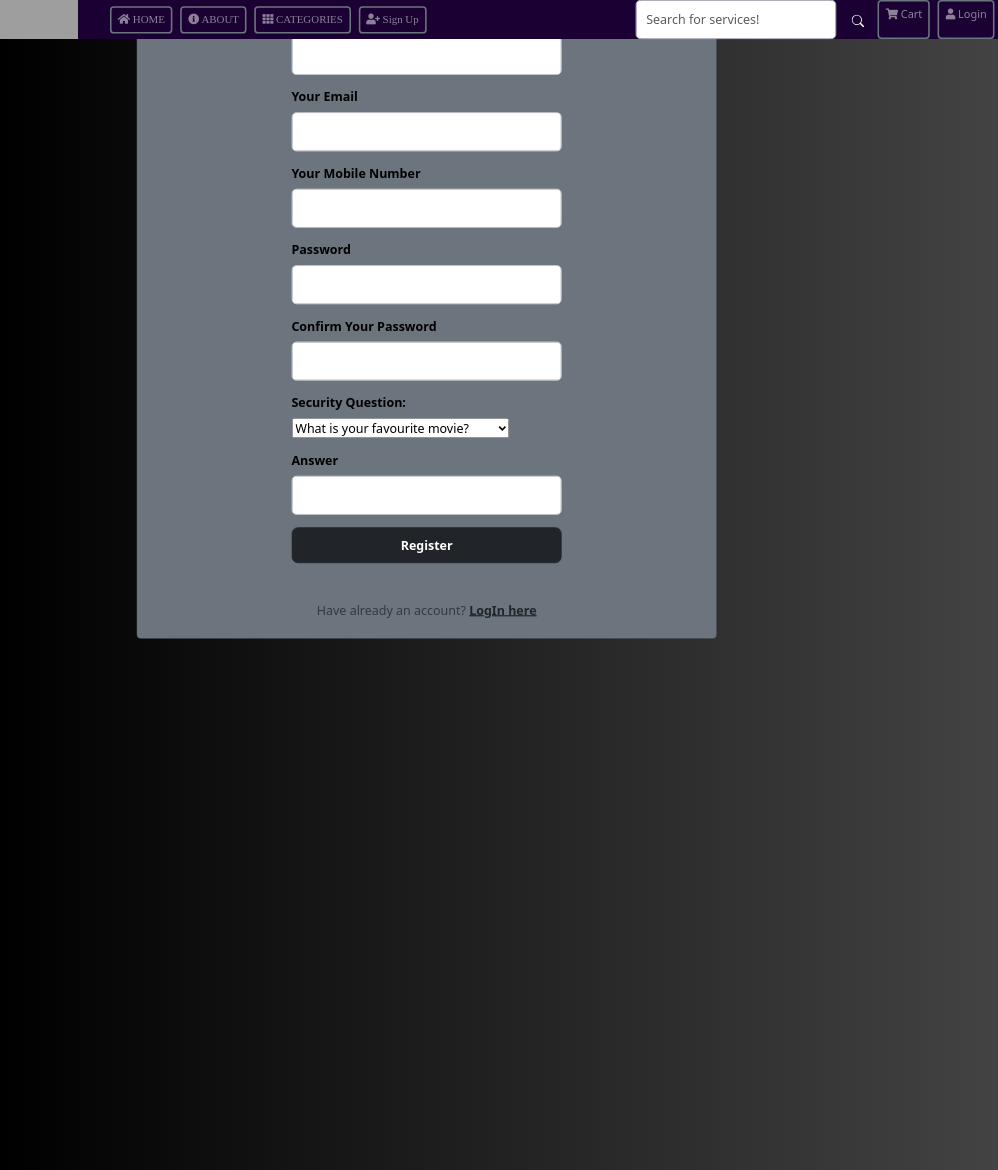
Repository: Ishanibmk/MOVIOT---An-OTT-Platform-using-Java-and-Springboot
Page: http://localhost/OTT/WEB-INF/view/signup.jsp
An editor plug-in stored every save of this project. The page is shown before and after the next save, followed by the edit.
The browser window is 1280 px wide. The pictures show the whole page, at 78% of full size.
Pictures or frames that could not be fetched are drawn as grey boxes. Some web libraries are served in a nearby version. The page is served by Tomcat 9. Nobody is signed in. Other server files are loaded and not shown. The template is opened directly, without the code that normally fills it, so the values that code supplies are empty.

Above is the page before, as saved 2024-03-02 14:16:21.

### Moviot/MOVIOT-main/ott/OTT/src/main/webapp/WEB-INF/view/signup.jsp
<%@ page language="java" contentType="text/html; charset=ISO-8859-1"
    pageEncoding="ISO-8859-1"%>
<jsp:include page="index_header.jsp" />
<!doctype html>
<html lang="en">
<head>
    <meta charset="utf-8">
    <meta name="viewport" content="width=device-width, initial-scale=1">
    <title>Registration Form For User</title>
    <link href="https://cdn.jsdelivr.net/npm/bootstrap@5.3.0-alpha1/dist/css/bootstrap.min.css" rel="stylesheet"
          integrity="sha384-GLhlTQ8iRABdZLl6O3oVMWSktQOp6b7In1Zl3/Jr59b6EGGoI1aFkw7cmDA6j6gD" crossorigin="anonymous">
    <style>
        body {
            background: linear-gradient(to right, #000000, #434343); /* Gradient background */
            color: #ffffff; /* White text color */
            min-height: 100vh; /* Ensure the background covers the full viewport height */
            margin: 0; /* Remove default margin */
            padding: 0; /* Remove default padding */
        }
        .form-container {
            display: flex;
            justify-content: center;
            align-items: center;
            height: 100vh; /* Full viewport height */
        }
        .card {
            max-width: calc(16vh * 9); /* Set maximum width for the card based on 9:16 ratio */
            width: 80%; /* Adjust the width of the card */
        }
        .form-label {
            font-size: 16px; /* Adjust font size of form labels */
        }
        .form-control {
            font-size: 16px; /* Adjust font size of form input fields */
            padding: 12px; /* Adjust padding of form input fields */
        }
        .btn-lg {
            font-size: 16px; /* Adjust font size of buttons */
            padding: 10px 20px; /* Adjust padding of buttons */
        }
    </style>
</head>
<body>
<section class="form-container">
    <div class="col-lg-12 col-xl-9" >
        <div class="card text-black bg-secondary">
            <div class="card-body p-md-4">
                <div class="row justify-content-center">
                    <div class="col-md-10 col-lg-8 col-xl-7 order-2 order-lg-1">
                        <p class="text-center h1 fw-bold mb-4 mx-1 mx-md-4 mt-3"><b>Sign up</b></p>
                        <form action="regprocess" method="post" class="mx-1 mx-md-4">



                            <div class="mb-3">
                                <label for="validationDefault01" class="form-label"><b>Your Name</b></label>
                                <input type="text" id="validationDefault01" name="uname" class="form-control" required/>
                            </div>
                            <div class="mb-3">
                                <label class="form-label" for="form3Example3c"><b>Your Email</b></label>
                                <input type="email" id="form3Example3c" name="uemail" class="form-control"/>
                            </div>
                            <div class="mb-3">
                                <label class="form-label" for="form3Example3c"><b>Your Mobile Number</b></label>
                                <input type="mobile" id="form3Example3c" name="uphno" class="form-control"/>
                            </div>
                            <div class="mb-3">
                                <label class="form-label" for="form3Example4c"><b>Password</b></label>
                                <input type="password" id="form3Example4c" name="upass" class="form-control"/>
                            </div>
                            <div class="mb-3">
                                <label class="form-label" for="form3Example4cd"><b>Confirm Your Password</b></label>
                                <input type="password" id="form3Example4cd" name="conpass" class="form-control"/>
                            </div>
                            <div class="mb-3">
                                <label class="form-label" for="form3Example4cd"><b>Security Question:</b></label>
                                <select name="SecurityQuestion" class="backup" required>
                                    <option value="What was the name of your childhood friend?">What is your favourite movie?</option>
                                    <option value="What was the name of your first car?">Which movie makes you cry?</option>
                                    <option value="What is your favourate food?">What movie makes you feel good?</option>
                                </select>
                            </div>
                            <div class="mb-3">
                                <label class="form-label" for="form3Example4cd"><b>Answer</b></label>
                                <input type="text" id="form3Example4cd" name="uans" class="form-control"/>
                            </div>
                            <div class="d-grid gap-2">
                                <button type="submit" class="btn btn-dark btn-lg"><b>Register</b></button>
                            </div>
                            <p class="text-center text-muted mt-5 mb-0">Have already an account? <a href='login.jsp'
                                                                                                    class="fw-bold text-body"><u>LogIn
                                    here</u></a></p>
                        </form>
                    </div>
                </div>
            </div>
        </div>
    </div>
</section>


<script src="https://cdn.jsdelivr.net/npm/bootstrap@5.3.0-alpha1/dist/js/bootstrap.bundle.min.js"
        integrity="sha384-w76AqPfDkMBDXo30jS1Sgez6pr3x5MlQ1ZAGC+nuZB+EYdgRZgiwxhTBTkF7CXvN"
        crossorigin="anonymous"></script>
</body>
</html>

### Moviot/MOVIOT-main/ott/OTT/src/main/webapp/WEB-INF/view/index_header.jsp
<!DOCTYPE html>
<html lang="en">
<head>
  <title>OTT PLATFORM</title>
  <meta charset="utf-8">
  <meta name="viewport" content="width=device-width, initial-scale=1">
  <link rel="stylesheet" href="https://maxcdn.bootstrapcdn.com/bootstrap/4.0.0-beta.2/css/bootstrap.min.css">
  <script src="https://ajax.googleapis.com/ajax/libs/jquery/3.2.1/jquery.min.js"></script>
  <script src="https://cdnjs.cloudflare.com/ajax/libs/popper.js/1.12.6/umd/popper.min.js"></script>
  <script src="https://maxcdn.bootstrapcdn.com/bootstrap/4.0.0-beta.2/js/bootstrap.min.js"></script>
  <!-- Add Font Awesome CDN -->
  <link rel="stylesheet" href="https://cdnjs.cloudflare.com/ajax/libs/font-awesome/5.15.4/css/all.min.css">
  <style>
    /* Custom CSS for navbar styling */
    .navbar {
      background-color: hsl(270, 100%, 10%); /* Dark background color */
      height: 50px; /* Adjust the height as needed */
    }
    .navbar-brand img {
      margin-right: 20px; /* Adjust as needed */
    }
    .navbar-nav .nav-item {
      border: 2px solid #6c757d; /* Gray border */
      border-radius: 5px;
      margin: 0 5px;
    }
    .navbar-nav .nav-link {
      padding: 5px 10px; /* Adjust padding */
      font-size: 14px; /* Adjust font size */
      color: #fff; /* White text color */
    }
    .navbar-nav .nav-item:hover .nav-link {
      background-color: black; /* Gray background color */
    }
    .navbar-nav .form-control {
      margin-right: 10px; /* Adjust as needed */
    }
    .navbar-nav .btn-outline-light {
      color: #fff; /* White text color */
    }
  </style>
</head>
<body style="height:1500px">
<nav class="navbar navbar-expand-sm navbar-dark fixed-top">
  <a class="navbar-brand" href="#"><img src="https://static.vecteezy.com/system/resources/previews/002/700/780/original/neon-cinema-film-in-purple-and-violet-color-illustration-of-cinema-film-with-play-icon-consisting-of-neon-outlines-with-backlight-on-the-dark-brick-wall-background-vector.jpg" width="100" height="50"> </a>
  <ul class="navbar-nav mr-auto">
    <li class="nav-item">
      <a class="nav-link" href="index" style="font-family: Nunito;"><i class="fas fa-home"></i> HOME</a>
    </li>
    <li class="nav-item">
      <a class="nav-link" href="about" style="font-family: Nunito;"><i class="fas fa-info-circle"></i> ABOUT</a>
    </li>
    <li class="nav-item">
      <a class="nav-link" href="catagory" style="font-family: Nunito;"><i class="fas fa-th"></i> CATEGORIES</a>
    </li>
    <li class="nav-item">
      <a class="nav-link" href="signup" style="font-family: Nunito;"><i class="fas fa-user-plus"></i> Sign Up</a>
    </li>
  </ul>
  <ul class="navbar-nav ml-auto">
    <form class="form-inline my-2 my-lg-0">
      <input class="form-control mr-sm-2" type="search" placeholder="Search for services!" aria-label="Search">
      <button class="btn btn-outline-light my-2 my-sm-0" type="submit" style="border: none;">
        <svg xmlns="http://www.w3.org/2000/svg" width="16" height="16" fill="currentColor" class="bi bi-search" viewBox="0 0 16 16">
          <path d="M11.742 10.344a6.5 6.5 0 1 0-1.397 1.398h-.001c.03.04.062.078.098.115l3.85 3.85a1 1 0 0 0 1.415-1.414l-3.85-3.85a1.007 1.007 0 0 0-.115-.1zM12 6.5a5.5 5.5 0 1 1-11 0 5.5 5.5 0 0 1 11 0z"/>
        </svg>
      </button>
    </form>
    <li class="nav-item">
      <a class="nav-link" href="#"><i class="fas fa-shopping-cart"></i> Cart</a>
    </li>
    <li class="nav-item">
      <a class="nav-link" href="#"><i class="fas fa-user"></i> Login</a>
    </li>
  </ul>
</nav>
</body>
</html>

After the next save:
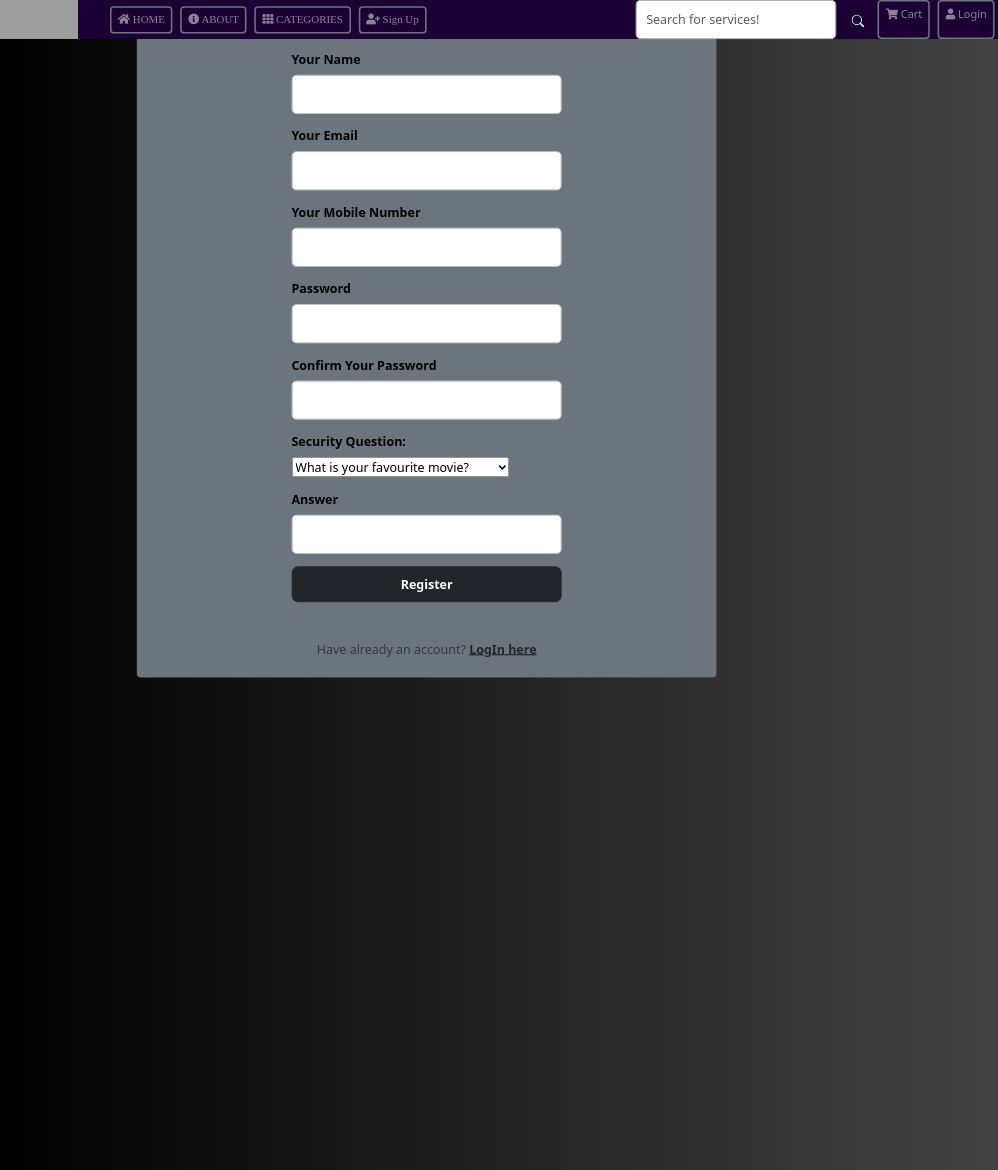
Saved 117 s later.
--- a/Moviot/MOVIOT-main/ott/OTT/src/main/webapp/WEB-INF/view/signup.jsp
+++ b/Moviot/MOVIOT-main/ott/OTT/src/main/webapp/WEB-INF/view/signup.jsp
@@ -15,15 +15,16 @@
             color: #ffffff; /* White text color */
             min-height: 100vh; /* Ensure the background covers the full viewport height */
             margin: 0; /* Remove default margin */
-            padding: 0; /* Remove default padding */
+            padding-top: 50px; /* Add padding on top */
         }
         .form-container {
             display: flex;
             justify-content: center;
             align-items: center;
-            height: 100vh; /* Full viewport height */
+            height: calc(100vh - 50px); /* Full viewport height minus padding */
         }
         .card {
+        padding-top: 50px;
             max-width: calc(16vh * 9); /* Set maximum width for the card based on 9:16 ratio */
             width: 80%; /* Adjust the width of the card */
         }
@@ -49,6 +50,7 @@
                     <div class="col-md-10 col-lg-8 col-xl-7 order-2 order-lg-1">
                         <p class="text-center h1 fw-bold mb-4 mx-1 mx-md-4 mt-3"><b>Sign up</b></p>
                         <form action="regprocess" method="post" class="mx-1 mx-md-4">
+
 
 
 
